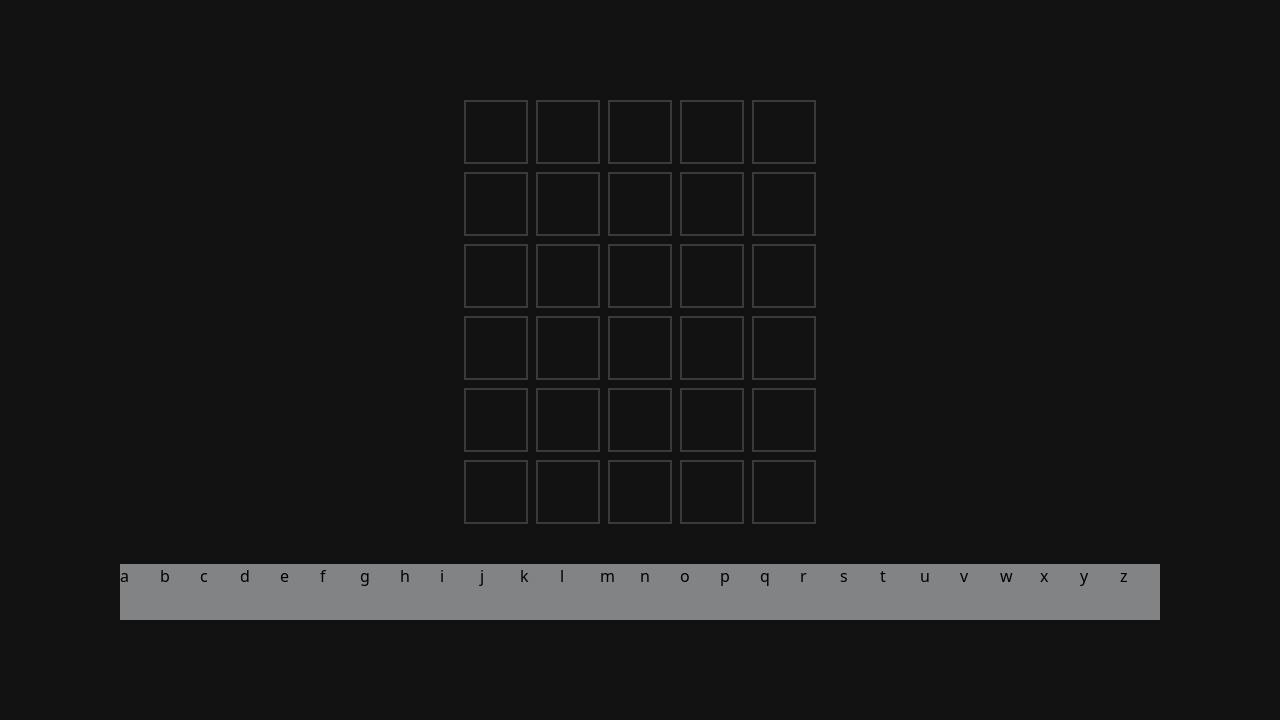
Repository: maxempolk/wordle-app
Page: / (app in frontend/)
The author's editor kept a copy of each file at every save. The page is drawn from the files as they stood at one save, then again after the next save.
The browser window is 1280 px wide. The pictures show the whole page.
The project was rebuilt for these pictures with package versions that can differ from the ones it lists, and the page was loaded fresh each time. Also part of the build but not shown: frontend/vite.config.ts.

Above is the page before, as saved 2025-02-19 03:15:55.

After the next save:
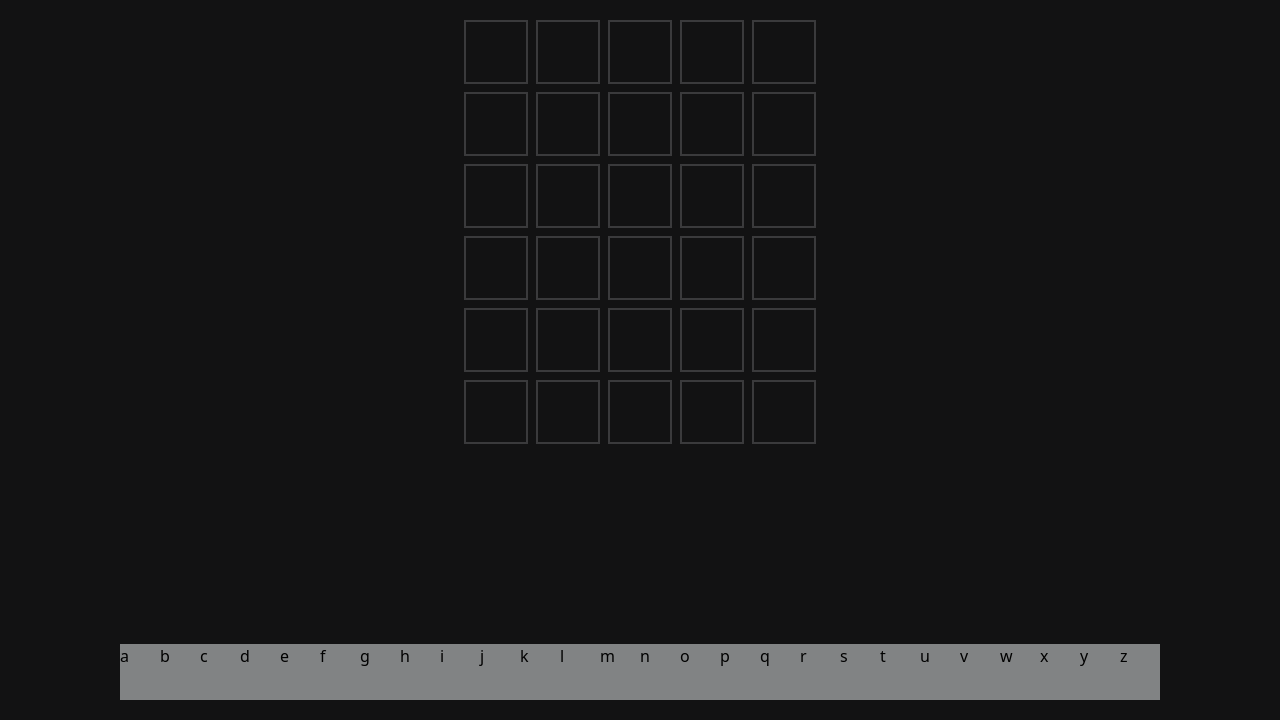
Saved 15 s later.
--- a/frontend/src/App.vue
+++ b/frontend/src/App.vue
@@ -48,7 +48,7 @@ const rawData = computed(() => {
 </script>
 
 <template>
-  <div class="flex w-screen h-screen justify-center items-center flex-col gap-10">
+  <div class="flex w-screen h-screen justify-center items-center flex-col gap-50">
     <div class="grid gap-2 grid-cols-5 w-fit">
       <TheLetter v-for="i in 30" :key="i" :model-value="rawData[i - 1]" ref="letter" />
     </div>
